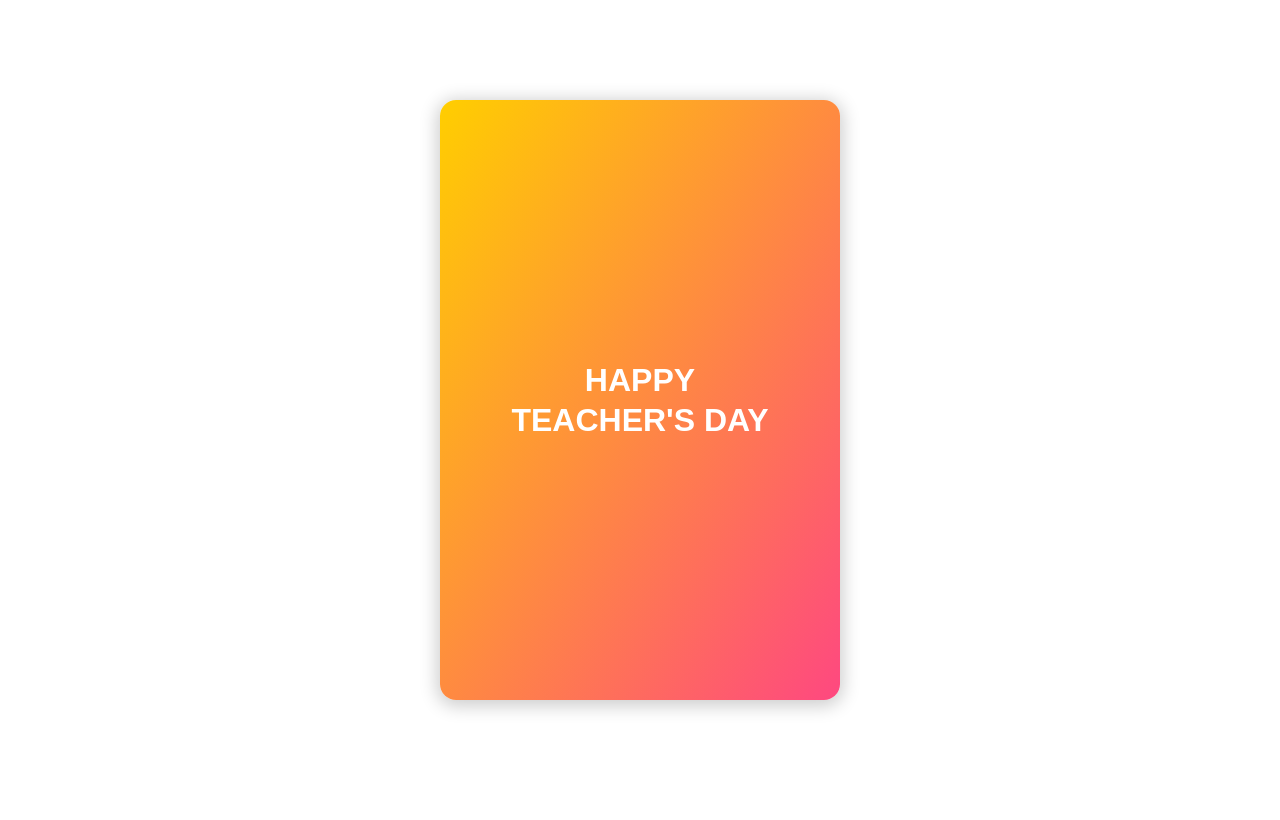
Repository: maixuanhieu/giftcard
Page: index.html
The author's editor kept a copy of each file at every save. The page is drawn from the files as they stood at one save, then again after a run of saves.
The browser window is 1280 px wide. The pictures show the whole page.
The style sheet was rebuilt from its Sass, Less or Tailwind sources for each picture, by a compiler version that may differ from the author's.

Above is the page before, as saved 2021-11-17 20:01:15.

### index.html
<!DOCTYPE html>
<html lang="en">

<head>
    <meta charset="UTF-8">
    <meta http-equiv="X-UA-Compatible" content="IE=edge">
    <meta name="viewport" content="width=device-width, initial-scale=1.0">
    <title>CSS Flip Card</title>
    <link rel="stylesheet" href="style.css">
</head>

<body>
   <div class="card">
       <div class="card__inner">
           <div class="card__face card__face--front">
            <h2 style="text-align: center; line-height: 40px;">HAPPY <br> TEACHER'S DAY</h2>
           </div>
           <div class="card__face card__face--back">
            <div class="card__content">
                <div class="card__header">
                    <img src="xi2.jpg" alt="" srcset="" class="fox">
                    <h2></h2>
                </div>

                <div class="card__body">
                    <h3>PHAM NHA UYEN</h3>
                    <p>You will always be the cutest and most beautiful teacher in my eyes. I hope you will always keep a bright smile on your lips and have good health to continue your noble career. </p>
                </div>
            </div>
           </div>
       </div>
   </div>



</body>



<script src="main.js"></script>
</html>

### main.js
const card = document.querySelector('.card__inner');

card.addEventListener('click', function(){
    card.classList.toggle('is-flipped');
});

### style.scss
:root {
    --primary: #FFCE00;
    --secondary: #FE4880;
    --dark: #212121;
    --light: #F3F3F3;
}

*{
    margin: 0;
    padding: 0;
}

body{
    font-family: montserrat, sans-serif;
    width: 100%;
    min-height: 100vh;
}

.card{
    margin: 100px auto 0;
    width: 400px;
    height: 600px;
    perspective: 1000px;

    &__inner{
        width: 100%;
        height: 100%;
        transition: transform 1s;
        transform-style: preserve-3d;
        cursor: pointer;
        position: relative;
    }

    &__inner.is-flipped{
        transform: rotateY(180deg);
    }

    &__face{
        position: absolute;
        width: 100%;
        height: 100%;
        backface-visibility: hidden;
        overflow: hidden;
        border-radius: 16px;
        box-shadow: 0px 3px 18px 3px rgba(0,0,0,0.2);
    }

    &__face--front{
        background-image: linear-gradient(to bottom right, var(--primary), var(--secondary));
        display: flex;
        align-items: center;
        justify-content: center;
    }

    &__face--front h2{
        color: #FFF;
        font-size: 32px;
    }

    &__face--back{
        background-color: var(--light);
        transform: rotateY(180deg);
    }

    &__content{
        width: 100%;
        height: 100%;
    }

    &__header{
        position: relative;
        padding: 30px 30px 40px;
    }

    &__header::after{
        content: '';
        display: block;
        position: absolute;
        top: 0;
        left: 0;
        right: 0;
        bottom: 0;
        z-index: -1;
        border-radius: 0 0 50% 0;
        background-image: linear-gradient(to bottom left, var(--primary) 10%, var(--secondary) 115%);
    }

    &__header h2{
        color: #FFF;
        font-size: 32px;
        font-weight: 900;
        text-transform: uppercase;
        text-align: center;
    }

    &__body{
        padding: 30px;
    }

    &__body h3{
        color: var(--dark);
        font-size: 24px;
        font-weight: 600;
        margin-bottom: 15px;
    }

    &__body p {
        color: var(--dark);
        font-size: 18px;
        line-height: 1.5;
    }
}

.fox{
    display: block;
    width: 187px;
    height: 187px;
    margin: 0 auto 30px;
    border-radius: 50%;
    background-color: #FFF;
    border: 5px solid #FFF;
    object-fit: cover;
}

After the next 2 saves:
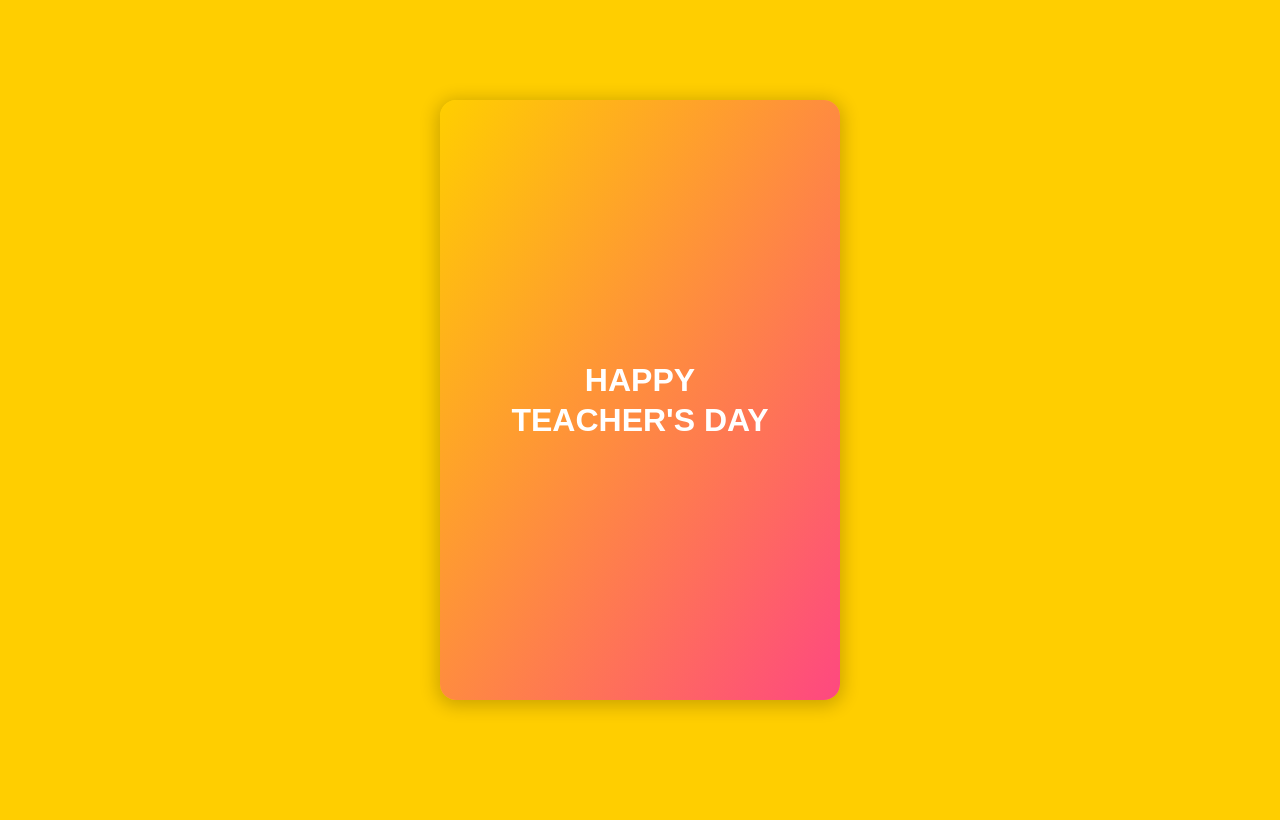
The 2 saves are shown as one change because they came seconds apart.
The last was saved 111 s later.
--- a/style.scss
+++ b/style.scss
@@ -14,6 +14,7 @@ body{
     font-family: montserrat, sans-serif;
     width: 100%;
     min-height: 100vh;
+    background-color: var(--primary);
 }
 
 .card{
